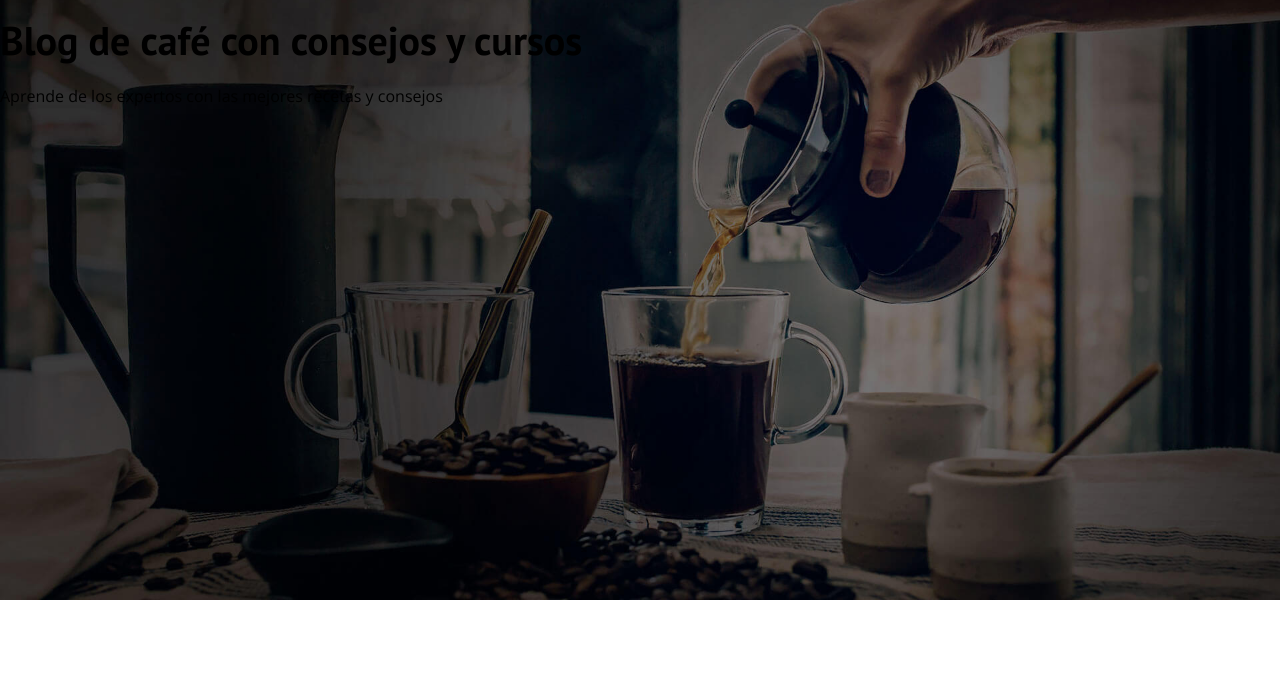
Repository: araque1990/blog_de_cafe
Page: index.html
The author's editor kept a copy of each file at every save. The page is drawn from the files as they stood at one save, then again after the next save.
The browser window is 1280 px wide. The pictures show the whole page.

Above is the page before, as saved 2023-01-11 11:24:53.

### index.html
<!DOCTYPE html>
<html lang="es">
<head>
  <meta charset="UTF-8">
  <meta http-equiv="X-UA-Compatible" content="IE=edge">
  <meta name="viewport" content="width=device-width, initial-scale=1.0">
  <title>Blog de Café</title>
  <link rel="stylesheet" href="css/normalize.css">
  <link rel="preconnect" href="https://fonts.googleapis.com"><link rel="preconnect" href="https://fonts.gstatic.com" crossorigin><link href="https://fonts.googleapis.com/css2?family=Open+Sans&family=PT+Sans:wght@400;700&display=swap" rel="stylesheet">
  <link rel="stylesheet" href="css/styles.css">
</head>
<body>

  <header class="header">
    <div class="header__texto">
      <h2 class="no-margin">Blog de café con consejos y cursos</h2>
      <p class="no-margin">Aprende de los expertos con las mejores recetas y consejos</p>
    </div>
  </header>

</body>
</html>

### css/styles.css
:root {
  --fuenteHeading: 'PT Sans', sans-serif;
  --fuenteParrafos: 'Open Sans', sans-serif;

  --primario: #784D3C;
  --blanco: #FFF;
  --negro: #000;
}
html {
  box-sizing: border-box;
  font-size: 62.5%;
}
*, *:before, *:after {
  box-sizing: inherit;
}
body {
  font-family: var(--fuenteParrafos);
  font-size: 1.6rem;
  line-height: 2;
}

/* Globales */
.contenedor {
  max-width: 120rem;
  width: 90%;
  margin: 0 auto;
}
a {
  text-decoration: none;
}
h1, h2, h3, h4 {
  font-family: var(--fuenteHeading);
}
h1 {
  font-size: 4.8rem;
}
h2 {
  font-size: 4rem;
}
h3 {
  font-size: 3.2rem;
}
h4 {
  font-size: 2.8rem;
}
img {
  max-width: 100%;
}

/* Utilidades */
.no-margin {
  margin: 0;
}
.no-padding {
  padding: 0;
}
.centrar-texto {
  text-align: center;
}

/* Header */
.header {
  background-image: url(../img/banner.jpg);
  height: 60rem;
  background-size: cover;
  background-repeat: no-repeat;
  background-position: center center;
}

Loaded but not shown: css/normalize.css (library)

After the next save:
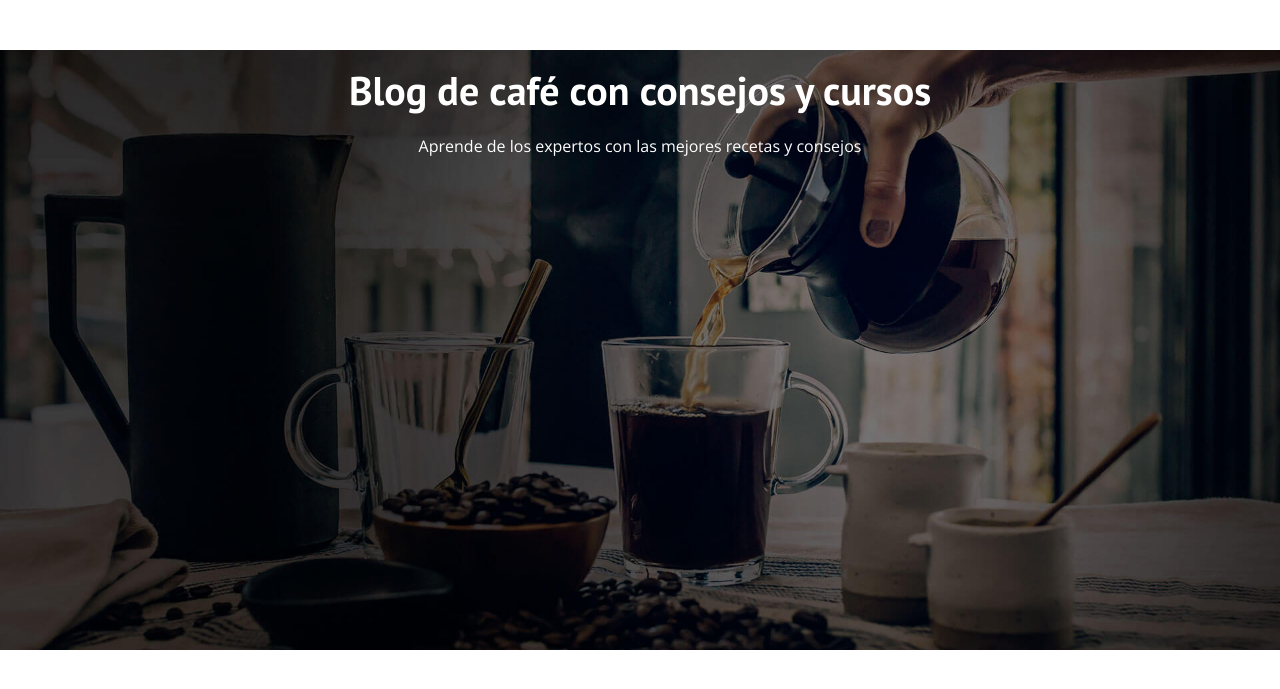
Saved 49 s later.
--- a/css/styles.css
+++ b/css/styles.css
@@ -66,3 +66,8 @@ img {
   background-repeat: no-repeat;
   background-position: center center;
 }
+.header__texto {
+  text-align: center;
+  color: var(--blanco);
+  margin-top: 5rem;
+}
